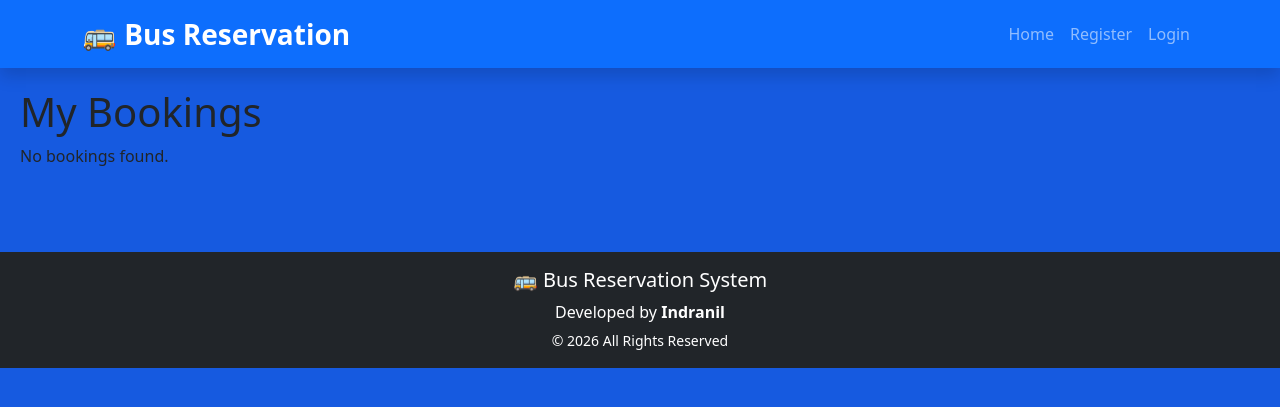
Repository: Eswarabhinay06/Bus-Reservation-System
Page: /my-bookings (app in AIML-09-Bus-Reservation-System-main/bus-reservation-frontend/)
These files come from the project's save history. The page is drawn as it stood at one moment and after the next save; the edit follows.
The browser window is 1280 px wide. The pictures show the whole page.
The project was rebuilt for these pictures with package versions that can differ from the ones it lists, and the page was loaded fresh each time. Also part of the build but not shown: AIML-09-Bus-Reservation-System-main/bus-reservation-frontend/vite.config.js, AIML-09-Bus-Reservation-System-main/bus-reservation-frontend/src/components/SeatSelection.jsx, AIML-09-Bus-Reservation-System-main/bus-reservation-frontend/src/pages/SearchBus.jsx, AIML-09-Bus-Reservation-System-main/bus-reservation-frontend/src/pages/Register.jsx, AIML-09-Bus-Reservation-System-main/bus-reservation-frontend/src/pages/Login.jsx, AIML-09-Bus-Reservation-System-main/bus-reservation-frontend/src/pages/AddBus.jsx.

Above is the page before, as saved 2026-07-14 09:44:31.

After the next save:
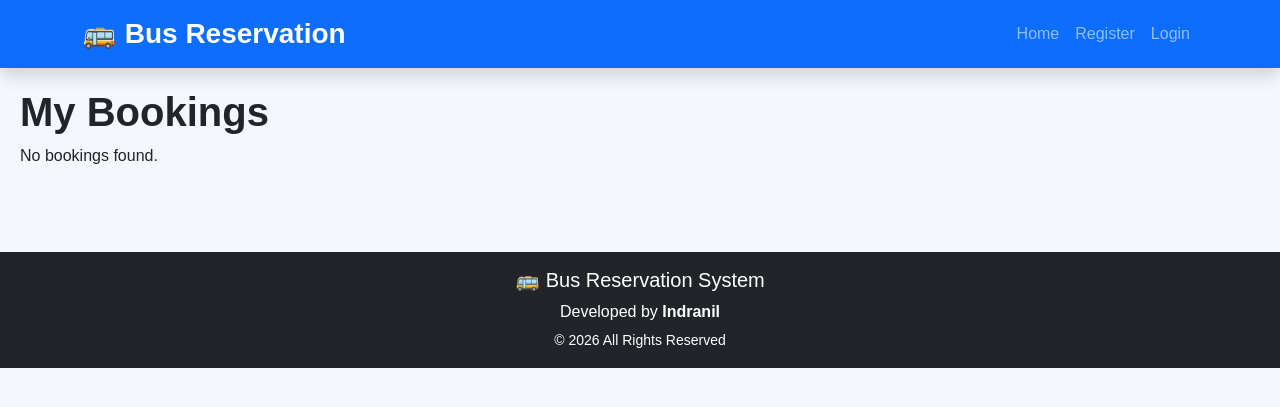
Saved 9 s later.
--- a/AIML-09-Bus-Reservation-System-main/bus-reservation-frontend/src/index.css
+++ b/AIML-09-Bus-Reservation-System-main/bus-reservation-frontend/src/index.css
@@ -1,22 +1,29 @@
-body {
-  background-color: #165ae0;
+body{
+    margin:0;
+    padding:0;
+    font-family:Arial, Helvetica, sans-serif;
+    background:#f4f7fc;
 }
 
-.card {
-  transition: 0.3s;
-  border-radius: 15px;
+.card{
+    border:none;
+    border-radius:15px;
+    transition:.3s;
 }
 
-.card:hover {
-  transform: translateY(-5px);
-  box-shadow: 0 5px 20px rgba(0,0,0,0.15);
+.card:hover{
+    transform:translateY(-8px);
+    box-shadow:0 10px 25px rgba(0,0,0,.2);
 }
 
-.navbar-brand {
-  font-weight: bold;
-  font-size: 1.4rem;
+.btn{
+    border-radius:8px;
 }
 
-.btn {
-  border-radius: 10px;
+h1,h2,h3{
+    font-weight:bold;
 }
+
+footer{
+    margin-top:60px;
+}
